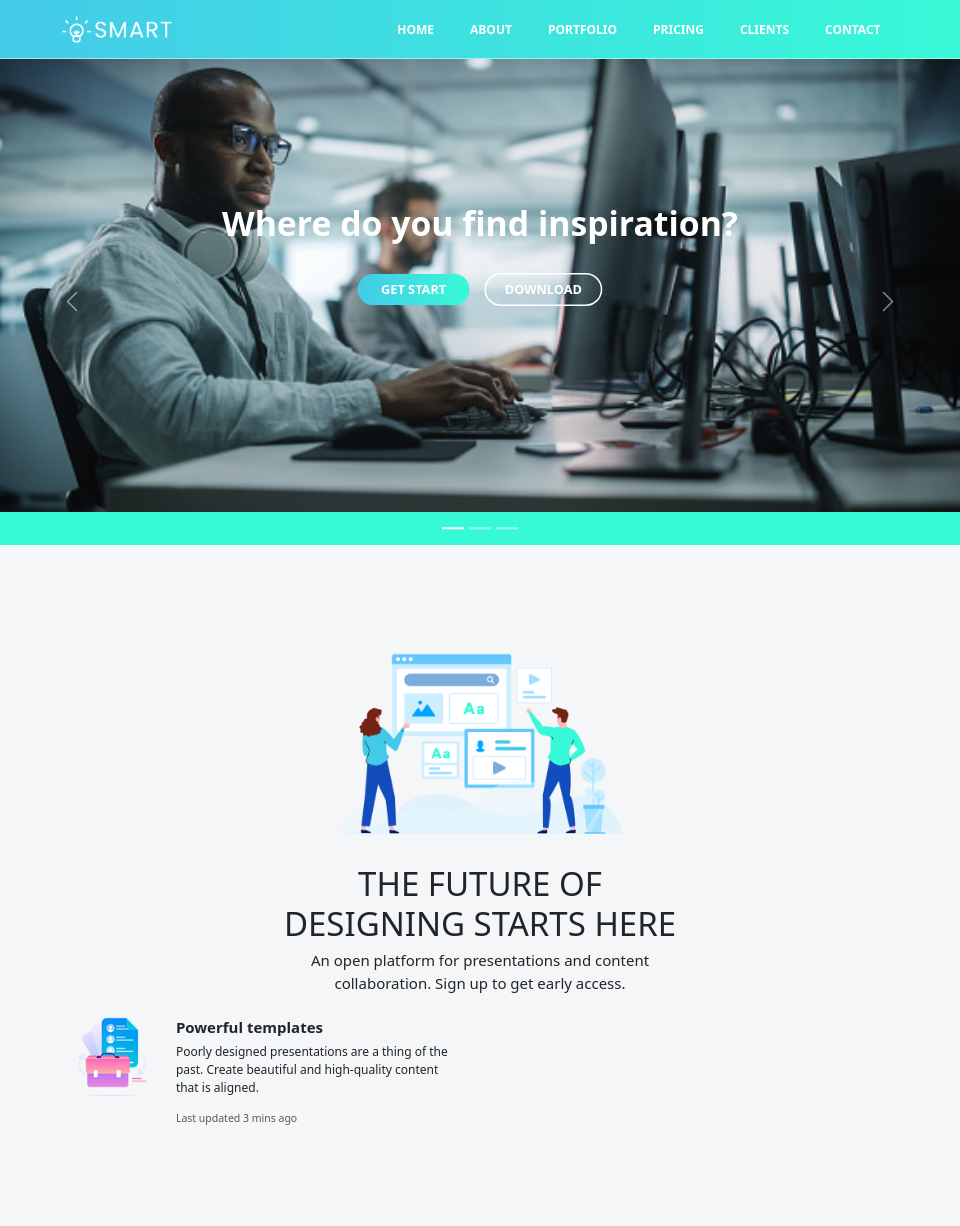
Repository: rizwan-zafar/smart-React
Page: /
The author's editor kept a copy of each file at every save. The page is drawn from the files as they stood at one save, then again after the next save.
The browser window is 1280 px wide. The pictures show the whole page, at 75% of full size.
The project was rebuilt for these pictures with package versions that can differ from the ones it lists, and the page was loaded fresh each time.

Above is the page before, as saved 2022-11-17 11:38:30.

### public/index.html
<!DOCTYPE html>
<html lang="en">
  <head>
    <meta charset="utf-8" />
    <link rel="icon" href="%PUBLIC_URL%/favicon.ico" />
    <meta name="viewport" content="width=device-width, initial-scale=1" />
    <meta name="theme-color" content="#000000" />
    <meta
      name="description"
      content="Web site created using create-react-app"
    />
    <link rel="apple-touch-icon" href="%PUBLIC_URL%/logo192.png" />
    <!--
      manifest.json provides metadata used when your web app is installed on a
      user's mobile device or desktop. See https://developers.google.com/web/fundamentals/web-app-manifest/
    -->
    <link rel="manifest" href="%PUBLIC_URL%/manifest.json" />
    <!--
      Notice the use of %PUBLIC_URL% in the tags above.
      It will be replaced with the URL of the `public` folder during the build.
      Only files inside the `public` folder can be referenced from the HTML.

      Unlike "/favicon.ico" or "favicon.ico", "%PUBLIC_URL%/favicon.ico" will
      work correctly both with client-side routing and a non-root public URL.
      Learn how to configure a non-root public URL by running `npm run build`.
    -->
    <title>React App</title>
  </head>
  <body>
    <noscript>You need to enable JavaScript to run this app.</noscript>
    <div id="root"></div>

   </body>
</html>

### src/index.js
import React from 'react';
import './index.css';
import "../node_modules/bootstrap/dist/css/bootstrap.min.css"
import "../node_modules/bootstrap/dist/js/bootstrap.min.js"
import "./Components/FontawsomeIcons"
import ReactDOM from 'react-dom/client';
import App from './App';
const root = ReactDOM.createRoot(document.getElementById('root'));
root.render(
  <React.StrictMode>
    <App />
  </React.StrictMode>
);

// If you want to start measuring performance in your app, pass a function
// to log results (for example: reportWebVitals(console.log))
// or send to an analytics endpoint. Learn more: https://bit.ly/CRA-vitals

### src/Components/FontawsomeIcons/index.js
import {library} from "@fortawesome/fontawesome-svg-core"
import {faUser,faBars,faPlus} from "@fortawesome/free-solid-svg-icons"
library.add(faUser,faBars,faPlus)

### src/App.js
 import HomePage from "./Pages/Home"
function App() {
  return (
    <div className="App">
        <HomePage />
    </div>
  );
}

export default App;

### src/Pages/Home.js
import React from 'react'
import Navbar from "../Components/Navbar"
import Slider from "../Components/Slider"
import Service from "../Components/Service";
export default function Home() {
    return (
        <div>
            <Navbar />
            <Slider />
            <Service />
        </div>
    )
}

### src/Components/Navbar.js
import React from 'react'
import "../Css/Navbar.css"

import { FontAwesomeIcon } from "@fortawesome/react-fontawesome"
export default function Navbar() {
    const [hamburgerIcon, setHamburgerIcon] = React.useState('bars')
    const [rotateIcon, setRotateIcon] = React.useState('')
    const handleHumBurger = (hamburgerIcon) => {
        if (hamburgerIcon === 'bars') {
            setRotateIcon('icon-rotate')
            setHamburgerIcon('plus')
        } else {
            setRotateIcon('anti-icon-rotate')
            setHamburgerIcon("bars")
        }
    }
     return (
        <div className="NavContainer">
            <nav className="navbar navbar-expand-lg navbar-dark">
                <div className="container">
                    <a className="navbar-brand" href="/">
                        <img className="img-fluid" src="Images/logo.png" alt="not found" />
                    </a>
                    <div className="navbar-toggler" type="button" data-bs-toggle="collapse"   onClick={() => { handleHumBurger(hamburgerIcon) }} data-bs-target="#navbarNav" aria-controls="navbarNav" aria-expanded="false" aria-label="Toggle navigation">
                        <FontAwesomeIcon  className={rotateIcon} icon={hamburgerIcon}  />
                    </div>
                    <div className="collapse navbar-collapse navSetting" id="navbarNav">
                        <ul className="navbar-nav ms-auto">
                            <li className="nav-item">
                                <a className="nav-link active" aria-current="page" href="/">Home</a>
                            </li>
                            <li className="nav-item">
                                <a className="nav-link" href="/">ABOUT</a>
                            </li>
                            <li className="nav-item">
                                <a className="nav-link" href="/">PORTFOLIO</a>
                            </li>

                            <li className="nav-item">
                                <a className="nav-link" href="/">PRICING</a>
                            </li>

                            <li className="nav-item">
                                <a className="nav-link" href="/">CLIENTS</a>
                            </li>

                            <li className="nav-item">
                                <a className="nav-link" href="/">CONTACT</a>
                            </li>

                        </ul>
                    </div>
                </div>
            </nav>
        </div>
    )
}

### src/Components/Slider.js
import React from 'react'
import "../Css/Slider.css"

export default function Slider() {
    return (
        <div className="sliderContainer">
            <div id="carouselExampleCaptions" className="carousel slide" data-bs-ride="false">

                <div className="carousel-indicators">
                    <button type="button" data-bs-target="#carouselExampleCaptions" data-bs-slide-to="0" className="active" aria-current="true" aria-label="Slide 1"></button>
                    <button type="button" data-bs-target="#carouselExampleCaptions" data-bs-slide-to="1" aria-label="Slide 2"></button>
                    <button type="button" data-bs-target="#carouselExampleCaptions" data-bs-slide-to="2" aria-label="Slide 3"></button>
                </div>

                <div className="carousel-inner">
                    <div className="carousel-item active bg-cover slide-image1">
                        <div className="carousel-caption">
                            <p> If not now, then when?</p>
                            <div>
                                <button className="btn btn1">Get Start</button>
                                <button className="btn btn2">Download</button>
                            </div>
                        </div>
                    </div>
                    <div className="carousel-item active bg-cover slide-image2">
                        <div className="carousel-caption">
                            <p>What does your joy look like today?</p>
                            <div>
                                <button className="btn btn1">Get Start</button>
                                <button className="btn btn2">Download</button>
                            </div>
                        </div>
                    </div>
                    <div className="carousel-item active bg-cover slide-image3">
                        <div className="carousel-caption">
                            <p>Where do you find inspiration?</p>
                            <div>
                                <button className="btn btn1">Get Start</button>
                                <button className="btn btn2">Download</button>
                            </div>
                        </div>
                    </div>
                </div>
                <button className="carousel-control-prev" type="button" data-bs-target="#carouselExampleCaptions" data-bs-slide="prev">
                    <span className="carousel-control-prev-icon" aria-hidden="true"></span>
                    <span className="visually-hidden">Previous</span>
                </button>
                <button className="carousel-control-next" type="button" data-bs-target="#carouselExampleCaptions" data-bs-slide="next">
                    <span className="carousel-control-next-icon" aria-hidden="true"></span>
                    <span className="visually-hidden">Next</span>
                </button>
            </div>
        </div>
    )
}

### src/Components/Service.js
import React from 'react'
import "../Css/Services.css"
export default function Service() {
    return (
        <div className="services">

            <div className="text-center">
                <img className="custom-image" src="/Images/services.png" alt="Services" />
                <div className='container custom-container'>
                    <h4>The future of designing starts here</h4>
                    <p>An open platform for presentations and content collaboration. Sign up to get early access.</p>
                </div>
            </div>
            {/* style={{max-width: 540px;}} */}
            <div className="container text-center">
                <div className="row">
                    <div className="col-xs-12 col-sm-12 col-md-6 col-lg-6 col-xl-6 ">
                        <div className="card mb-3" >
                            <div className="row g-0">
                                <div className="col-md-3">
                                    <img src="/Images/icon-1.png" className="img-fluid rounded-start" alt="..." />
                                </div>
                                <div className="col-md-9">
                                    <div className="card-body text-start">
                                        <h5 className="card-title fw-bold">Powerful templates</h5>
                                        <p className="card-text fs-6">Poorly designed presentations are a thing of the past. Create beautiful and high-quality content that is aligned.</p>
                                        <p className="card-text"><small className="text-muted">Last updated 3 mins ago</small></p>
                                    </div>
                                </div>
                            </div>
                        </div>

                    </div>

                    <div className="col-xs-12 col-sm-12 col-md-6 col-lg-6 col-xl-6 ">
                    </div>

                </div>
            </div>

        </div>
    )
}

### src/Css/Navbar.css

.NavContainer  .navbar-toggler
{
    color:black;
    border:none;
}
.NavContainer .navbar-brand img{
    max-width: 150px;
}
.NavContainer .navbar-dark
{
    background: linear-gradient(to right,#43cae9, #38f9d7 100%)
}

.NavContainer .navbar-nav li{
   padding: 11px 16px;
 }
.NavContainer .navbar-nav li a{
color:#fff;
font-weight: 700;
text-transform: uppercase;
font-size: 16px;
}



@media (min-width: 1200px)
{
.NavContainer .container {
    max-width: 1140px;
}
}


@media (max-width: 991px)
 {
    .NavContainer .navSetting
    {
        position: absolute;
        top: 100%;
        left: 0;
        width: 100%;
        background: linear-gradient(to right,#43cae9, #38f9d7 100%);
        z-index: 8;
        padding: 10px 16px;
        -webkit-box-shadow: 0 3px 6px 0 rgb(0 0 0 / 16%);
        -moz-box-shadow: 0 3px 6px 0 rgba(0, 0, 0, 0.16);
        box-shadow: 0 3px 6px 0 rgb(0 0 0 / 16%);
    }
 }

 .NavContainer .icon-rotate {
   transform:rotate(90deg);
    transition: 0.5s;

  }
 .NavContainer .anti-icon-rotate {
   transform:rotate(-0deg);
    transition: 0.5s;

  }

### src/Css/Slider.css
.sliderContainer .carousel-inner .bg-cover{
     height: 90vh;
     background-size: cover;
     background-repeat: no-repeat;
     background-position: center center;
}
.sliderContainer .slide-image1{
    background-image: url("/public/Images/slider-1.jpg");
}
.sliderContainer .slide-image2{
    background-image: url("/public/Images/slider-2.jpg");
}
.sliderContainer .slide-image3{
    background-image: url("/public/Images/slider-3.jpg");
}

.sliderContainer .carousel-caption
{

    position: absolute;
    right: 15%;
    bottom: 1.25rem;
    left: 15%;
    padding-top: 1.25rem;
    padding-bottom: 1.25rem;
    color: #fff;
    text-align: center;
    font-size: 45px;
    font-weight: bold;
    top: 23vh;

}
.sliderContainer .btn1{

    margin: 10px;
    background: linear-gradient(to right,#43cae9, #38f9d7 100%);
    padding: 7px 30px 7px 30px;
    font-weight: bold;
    color: white;
    font-size: 17px;
    border-radius: 29px;
    text-transform: uppercase;

}

.sliderContainer .btn2{
    margin: 10px;
    background:  transparent;
    padding: 7px 25px 7px 25px;
    font-weight: bold;
    color: white;
    font-size: 17px;
    border-radius: 29px;
    border: 2px solid white;
    text-transform: uppercase;

}
.sliderContainer .carousel-indicators{
    margin-right: 0;
    margin-left: 0;
    margin-bottom: 0;
    background: #38f9d7;
    padding: 10px;
}
@media (max-width: 991px)
 {
    .sliderContainer .carousel-inner .bg-cover
    {
        height: 350px;
    }

   .sliderContainer .carousel-caption
   {
       font-size: 25px ;
       top: 11vh;
       font-weight: bolder;
   }

   .sliderContainer .btn
   {
    font-size: 15px;
    }
   .sliderContainer .btn
   {
    font-size: 15px;
    }

    .sliderContainer .carousel-indicators{
        margin-right: 0;
        margin-left: 0;
        margin-bottom: 0;
        background: transparent;

    }
 }

### src/Css/Services.css
.services {
    padding-top: 100px;
    padding-bottom: 100px;
    background-color: #f4f6f7;
}

.services .custom-container h4 {
    font-size: 44px;
    text-transform: uppercase;

}

.services .custom-container p {
    font-size: 20px;
}

.services .custom-image {
    max-width: 34%;
    height: auto;
}

.services .custom-container {
    max-width: 600px;
}

.services .card {
    border: none;
    background-color: transparent;
}

@media (max-width: 991px) {
    .services .custom-image {
        max-width: 100%;
        height: auto;
    }

    .services h4 {
        font-size: 25px;
        text-transform: uppercase;
    }

    .services p {
        font-size: 16px;
    }
}

Loaded but not shown: src/index.css (common file)

After the next save:
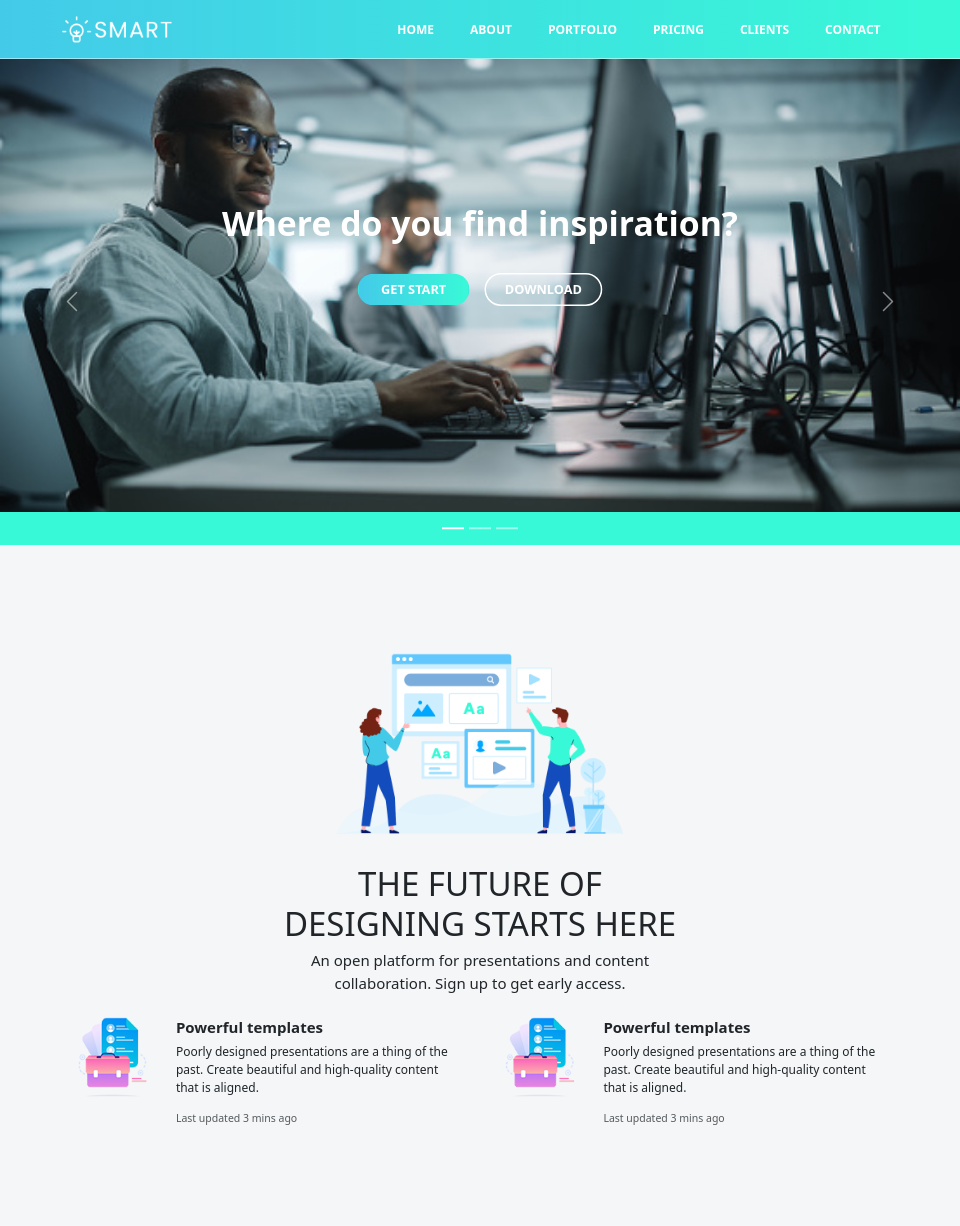
Saved 16 s later.
--- a/src/Components/Service.js
+++ b/src/Components/Service.js
@@ -33,6 +33,20 @@ export default function Service() {
                     </div>
 
                     <div className="col-xs-12 col-sm-12 col-md-6 col-lg-6 col-xl-6 ">
+                    <div className="card mb-3" >
+                            <div className="row g-0">
+                                <div className="col-md-3">
+                                    <img src="/Images/icon-1.png" className="img-fluid rounded-start" alt="..." />
+                                </div>
+                                <div className="col-md-9">
+                                    <div className="card-body text-start">
+                                        <h5 className="card-title fw-bold">Powerful templates</h5>
+                                        <p className="card-text fs-6">Poorly designed presentations are a thing of the past. Create beautiful and high-quality content that is aligned.</p>
+                                        <p className="card-text"><small className="text-muted">Last updated 3 mins ago</small></p>
+                                    </div>
+                                </div>
+                            </div>
+                        </div>
                     </div>
 
                 </div>
